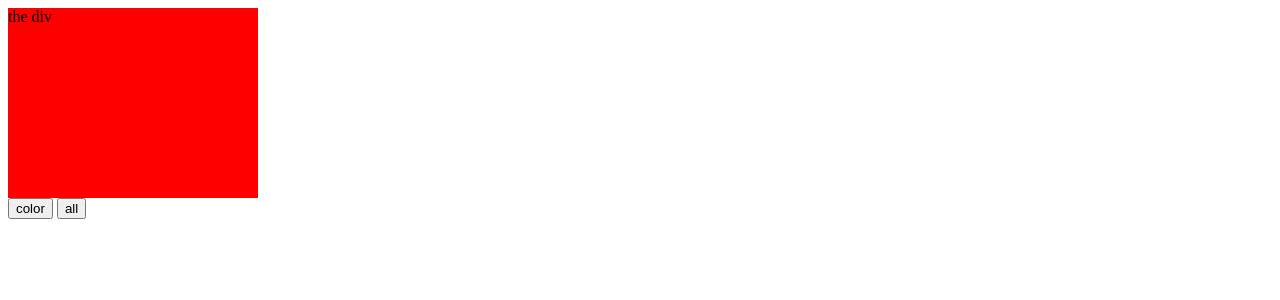
Repository: PoojaShirwaikar/BlockhainTest
Page: javascript/JQueryDemo/WebContent/animate.html
These files come from the project's save history. The page is drawn as it stood at one moment and after the next save; the edit follows.
The browser window is 1280 px wide. The pictures show the whole page.
After loading, the first visible `#animate1` was clicked once.
Some web libraries are served in a nearby version.

Above is the page before, as saved 2017-11-13 09:31:20.

### javascript/JQueryDemo/WebContent/animate.html
<!DOCTYPE html>
<html>
<head>
<meta charset="ISO-8859-1">
<title>Insert title here</title>
<script src="https://code.jquery.com/jquery-3.2.1.js"></script>
<script src="https://code.jquery.com/ui/1.12.1/jquery-ui.js"></script>
<style>
div {
	width: 250px;
	height: 190px;
	background-color: blue;
}
</style>
<script>
	$(function() {
		$("#animate1").click(function() {
			$("#thediv").animate({
				backgroundColor : 'red'
			})
		})
	});
</script>


</head>
<body>

	<div id="thediv">the div</div>
	<button id="animate1">color</button>
	<button id="animate2">all</button>
</body>
</html>

After the next save:
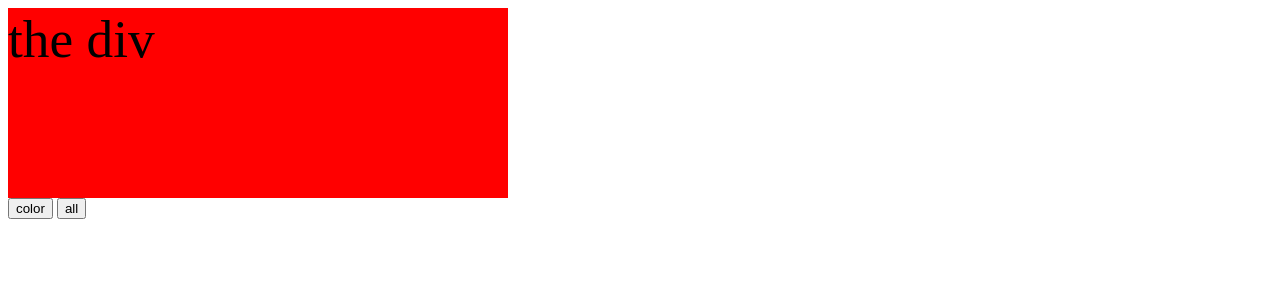
Saved 42 s later.
--- a/javascript/JQueryDemo/WebContent/animate.html
+++ b/javascript/JQueryDemo/WebContent/animate.html
@@ -16,7 +16,9 @@ div {
 	$(function() {
 		$("#animate1").click(function() {
 			$("#thediv").animate({
-				backgroundColor : 'red'
+				backgroundColor : 'red',
+				width: '500px',
+				fontSize:'40pt'
 			})
 		})
 	});
